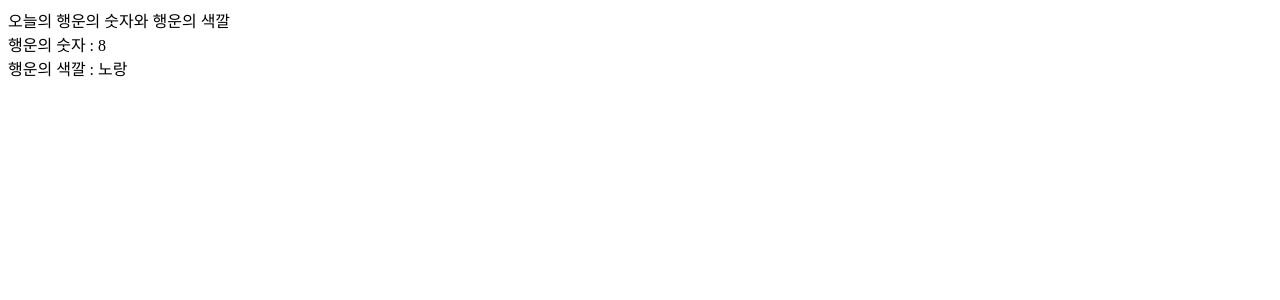
Repository: developedbyssony/JSP
Page: http://localhost/JSPbasic/jsptag/tag_quiz.jsp
These files come from the project's save history. The page is drawn as it stood at one moment and after the next save; the edit follows.
The browser window is 1280 px wide. The pictures show the whole page.
The page is served by Tomcat 9.

Above is the page before, as saved 2022-03-23 09:17:11.

After the next save:
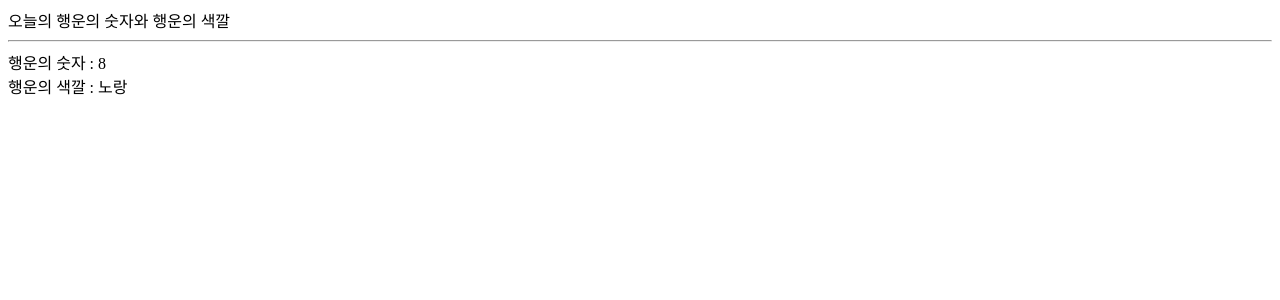
Saved 8 s later.
--- a/JSPbasic/src/main/webapp/jsptag/tag_quiz.jsp
+++ b/JSPbasic/src/main/webapp/jsptag/tag_quiz.jsp
@@ -24,7 +24,7 @@
 		}
 	%>
 
-	오늘의 행운의 숫자와 행운의 색깔 <br />
+	오늘의 행운의 숫자와 행운의 색깔 <hr />
 	행운의 숫자 : 	<%=  randomNumber()	%> <br />
 	행운의 색깔 : <%=  randomColor()	%>
 </body>
